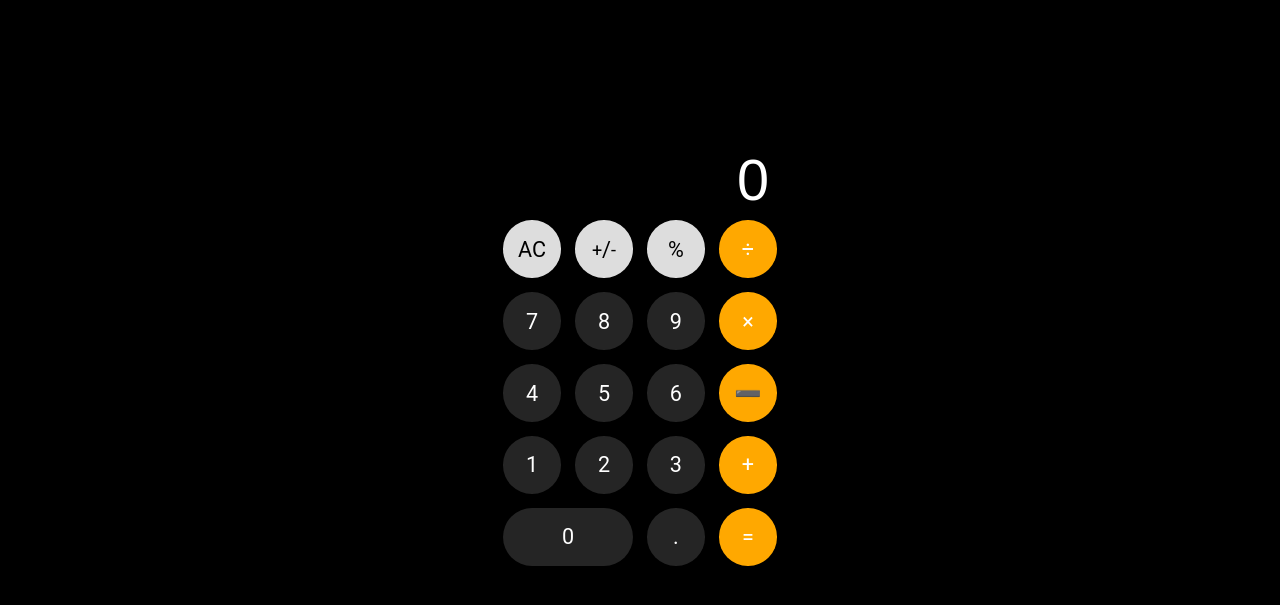
Repository: bombiux/calculadoraJS
Page: index.html
The author's editor kept a copy of each file at every save. The page is drawn from the files as they stood at one save, then again after the next save.
The browser window is 1280 px wide. The pictures show the whole page.

Above is the page before, as saved 2020-08-08 19:01:57.

### index.html
<!DOCTYPE html>
<html lang="en">
<head>
    <meta charset="UTF-8">
    <meta name="viewport" content="width=device-width, initial-scale=1.0">
    <title>Document</title>
    <link rel="stylesheet" href="style.css">
</head>
<body>
    <div class="calculator">
        <input type="number" name="screen" id="screen" value="0">
        <div>
            <div class="special">AC</div>
            <div class="special"><sup>+</sup>/<sub>-</sub></div>
            <div class="special">%</div>
            <div class="operator">÷</div>
        </div>
        <div>
            <div class="numbers">7</div>
            <div class="numbers">8</div>
            <div class="numbers">9</div>
            <div class="operator">×</div>
        </div>
        <div>
            <div class="numbers">4</div>
            <div class="numbers">5</div>
            <div class="numbers">6</div>
            <div class="operator">➖️</div>
        </div>
        <div>
            <div class="numbers">1</div>
            <div class="numbers">2</div>
            <div class="numbers">3</div>
            <div class="operator">+</div>
        </div>
        <div>
            <div class="numbers cero">0</div>
            <div class="numbers">.</div>
            <div class="operator">=</div>
        </div>
    </div>
</body>
</html>

### style.css
::selection {
    background: transparent;
    color: unset;
}

body {
    background: black;
    height: 100vh;
    width: 100vw;
    margin: 0;
    padding: 0;
    display: flex;
    justify-content: center;
    align-items: center;
    font-family: roboto;
    font-size: 3vh;
}

.calculator {
    display: flex;
    flex-direction: column;
}

.calculator > div {
    display: flex;
}

.calculator > div > div {
    width: 8vh;
    height: 8vh;
    border-radius: 50%;
    justify-content: center;
    align-items: center;
    display: flex;
    margin: 1vh;
}

.calculator > div > .cero {
    width: 18vh;
    border-radius: 40px;
}

.special {
    background-color: rgb(221, 221, 221)
}

.numbers {
    background-color: rgb(37, 37, 37);
    color: white;
}

.operator {
    background: #ffa800;
    color: white;
}

#screen {
    background: unset;
    border: unset;
    color: white;
    font-size: 8vh;
    width: calc((8vh * 4) + (1vh * 8));
    text-align: right;
    padding: 0;
}

After the next save:
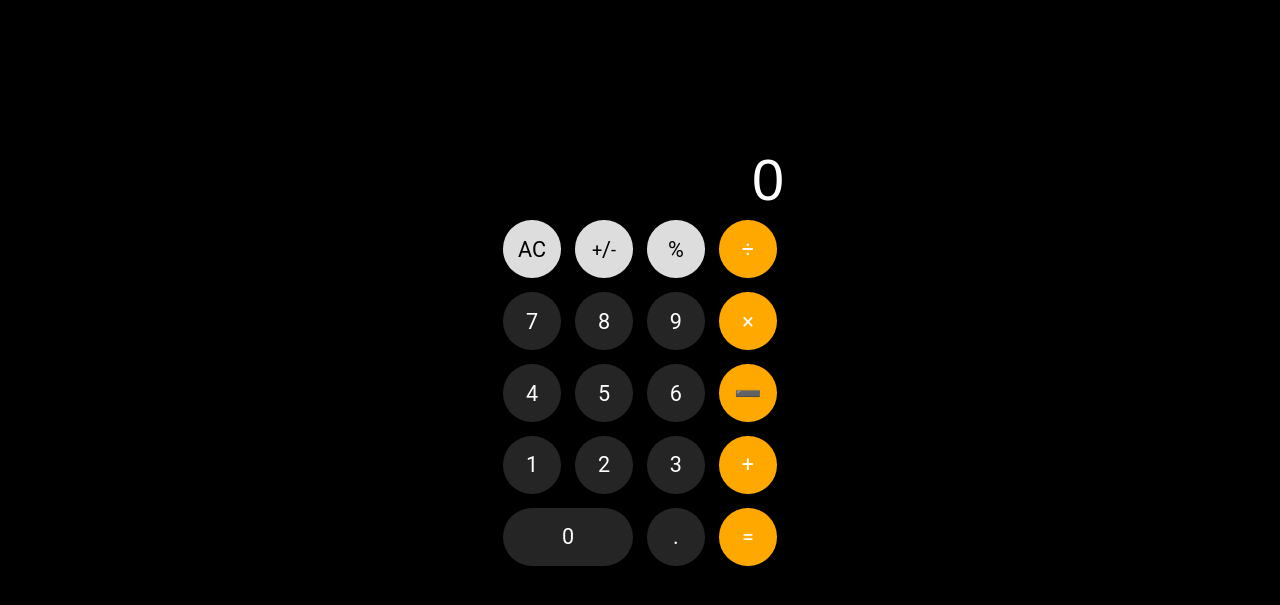
Saved 7 s later.
--- a/style.css
+++ b/style.css
@@ -63,3 +63,10 @@ body {
     text-align: right;
     padding: 0;
 }
+
+input[type=number]::-webkit-inner-spin-button, input[type=number]::-webkit-outer-spin-button {
+    -webkit-appearance: none;
+    appearance: none;
+    /* margin: 0; */
+    /* padding: 0; */
+}
